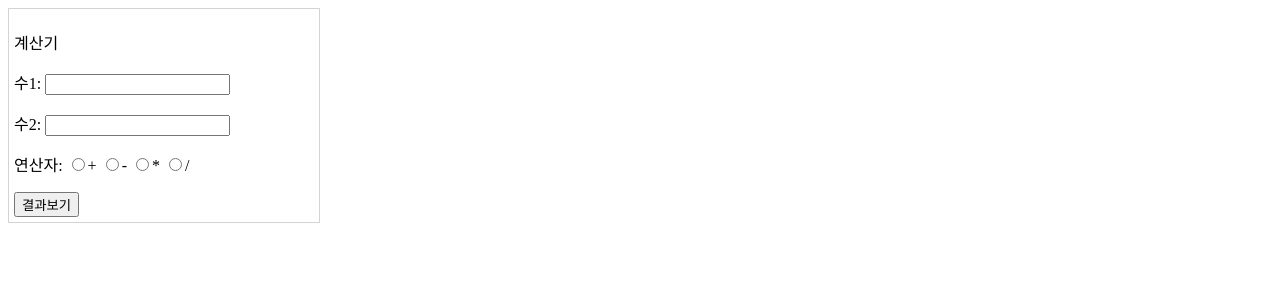
Repository: Kebiskim/2023_jspStudy
Page: 01_servlet/src/main/webapp/view/Ex07.html
An editor plug-in stored every save of this project. The page is shown before and after the next save, followed by the edit.
The browser window is 1280 px wide. The pictures show the whole page.

Above is the page before, as saved 2023-06-30 04:10:31.

### 01_servlet/src/main/webapp/view/Ex07.html
<!DOCTYPE html>
<html>
<head>
<meta charset="UTF-8">
<title>Calculator</title>
<style type="text/css">
	#border1{
	  width : 300px;
	  height: auto;
	  border: 1px solid lightgray;
	  padding: 5px;
	}
</style>
</head>
<body>
	<div id="border1">
		<p>계산기</p>
		<p>수1: <input type="text" name="num1" id="num1"></p>
		<p>수2: <input type="text" name="num2" id="num2"></p>
		<p>연산자: <input type="radio" name="chk_info" value="CSS">+
				 <input type="radio" name="chk_info" value="CSS">-
				 <input type="radio" name="chk_info" value="CSS">*
				 <input type="radio" name="chk_info" value="CSS">/
		</p>
		<button>결과보기</button>
	</div>
</body>
</html>

After the next save:
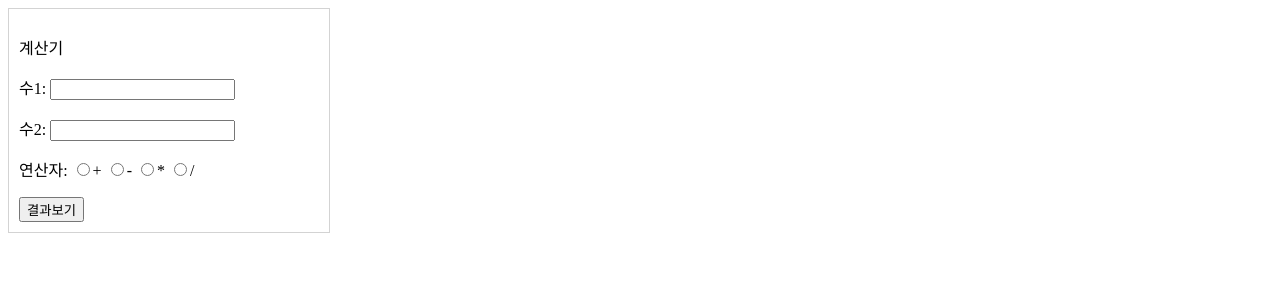
Saved 5 s later.
--- a/01_servlet/src/main/webapp/view/Ex07.html
+++ b/01_servlet/src/main/webapp/view/Ex07.html
@@ -8,7 +8,7 @@
 	  width : 300px;
 	  height: auto;
 	  border: 1px solid lightgray;
-	  padding: 5px;
+	  padding: 10px;
 	}
 </style>
 </head>
